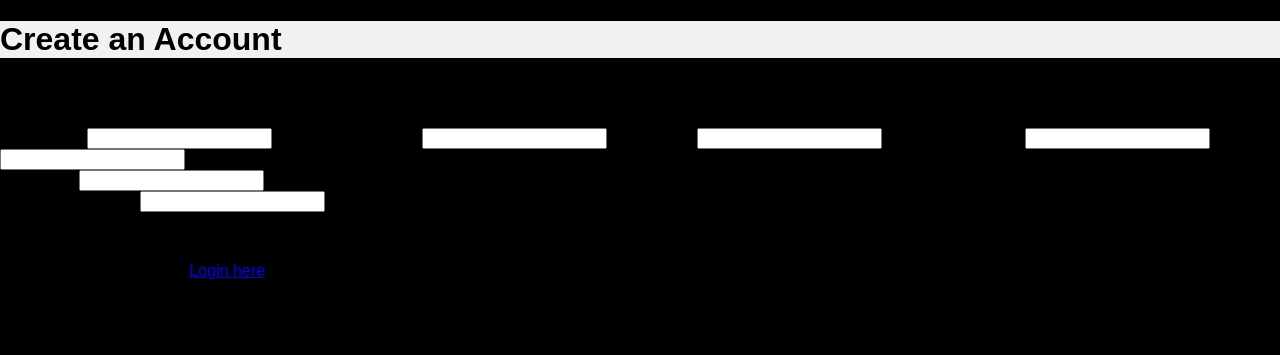
Repository: Lee-Productions-Inc/SNAP_productions
Page: register.html
The author's editor kept a copy of each file at every save. The page is drawn from the files as they stood at one save, then again after the next save.
The browser window is 1280 px wide. The pictures show the whole page.

Above is the page before, as saved 2026-09-16 18:27:30.

### register.html
<!DOCTYPE html>
<html lang="en">
<head>
    <meta charset="UTF-8">
    <meta name="viewport" content="width=device-width, initial-scale=1.0">
    <title>Register</title>
    <link rel="stylesheet" href="/designs/main.css">
</head>
<body>
    <div class="header">
        <h1>Create an Account</h1>
    </div>

    <div class="register-container">
        <h2>Register</h2>
        <form action="/register" method="POST">

            <label for="first-name">First Name: </label>
            <input type="text" id="first-name" name="first-name" required>
            <label for="middle-name">Middle Name/Initial: </label>
            <input type="text" id="middle-name" name="middle-name">
            <label for="last-name">Last Name: </label>
            <input type="text" id="last-name" name="last-name" required>

            <label for="university">University/College: </label>
            <input type="text" id="university" name="university" required>

            <label for="email">Email:</label>
            <input type="email" id="email" name="email" required>
            <br>
            <label for="password">Password:</label>
            <input type="password" id="password" name="password" required>
            <br>
            <label for="confirm-password">Confirm Password:</label>
            <input type="password" id="confirm-password" name="confirm-password" required>
            <br>
            <p
            <button type="submit">Sign up</button>
        </form>

        <p>Already have an account? <a href="/login">Login here</a></p>
    </div>
</body>
</html>

### designs/main.css
body {
    font-family: Arial, sans-serif;
    margin: 0;
    padding: 0;
    background-color: #000000;
}
.header{
    background-color: #f1f1f1;
}

.login-container {
    width: 300px;
    margin: 100px auto;
    padding: 20px;
    background-color: #ffffff;
    border-radius: 5px;
    box-shadow: 0 0 10px rgba(0, 0, 0, 0.1);
}

After the next save:
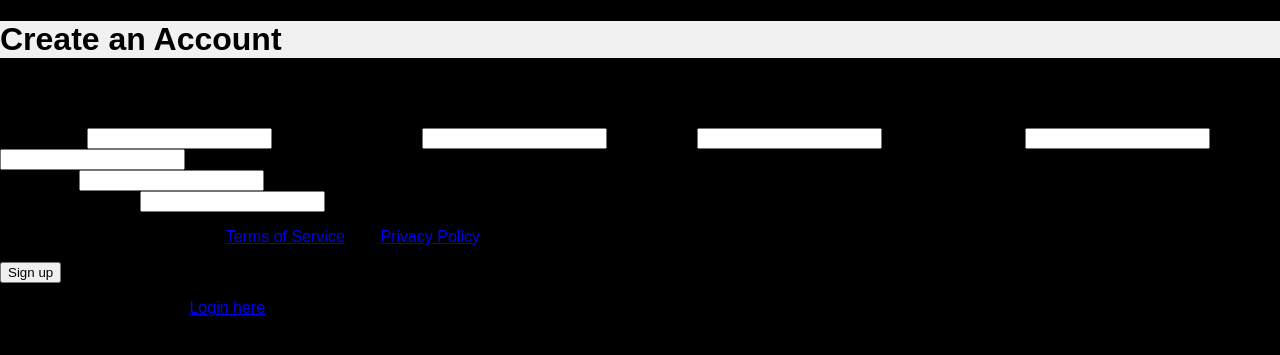
Saved 2 s later.
--- a/register.html
+++ b/register.html
@@ -34,7 +34,7 @@
             <label for="confirm-password">Confirm Password:</label>
             <input type="password" id="confirm-password" name="confirm-password" required>
             <br>
-            <p
+            <p>By signing up, you agree to our <a href="/terms">Terms of Service</a> and <a href="/privacy">Privacy Policy</a>.</p>
             <button type="submit">Sign up</button>
         </form>
 
